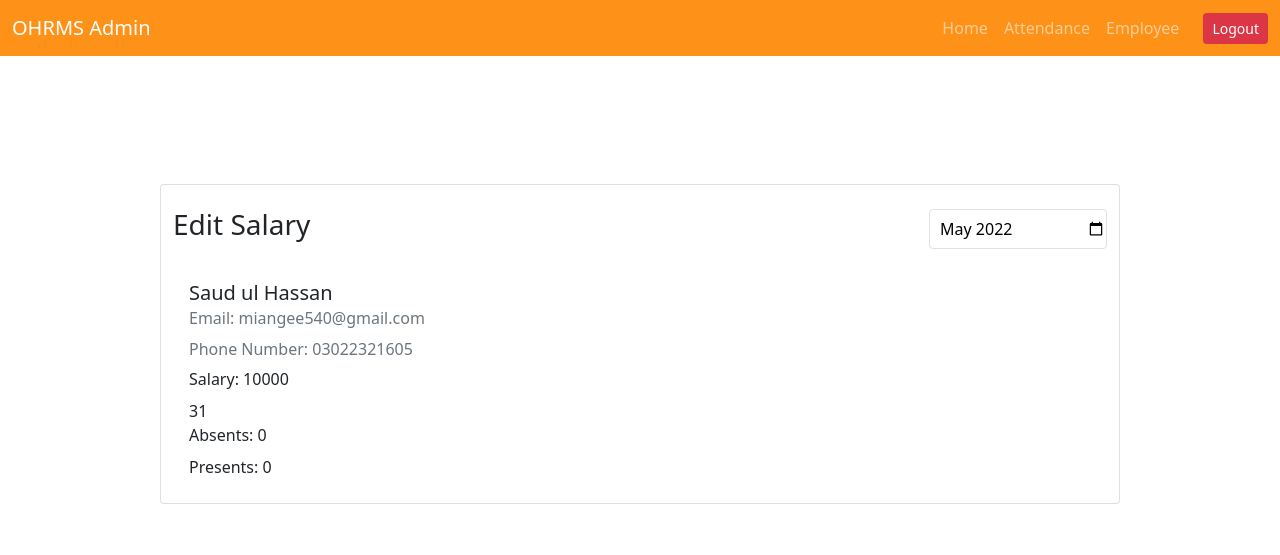
Repository: SaudCh/PHP-OHRMS
Page: http://localhost/admin/edit-salary?id=49
The author's editor kept a copy of each file at every save. The page is drawn from the files as they stood at one save, then again after the next save.
The browser window is 1280 px wide. The pictures show the whole page.
Some web libraries are served in a nearby version. The page is run by PHP 8.4 with error messages shown; the project is at /var/www/html/. The session is filled in as if someone had signed in: {"admin": "admin@ohrm.com"}. The database holds what the project's SQL file puts in it. Queries for data that is not in the repository find no rows.

Above is the page before, as saved 2022-06-06 00:03:07.

After the next save:
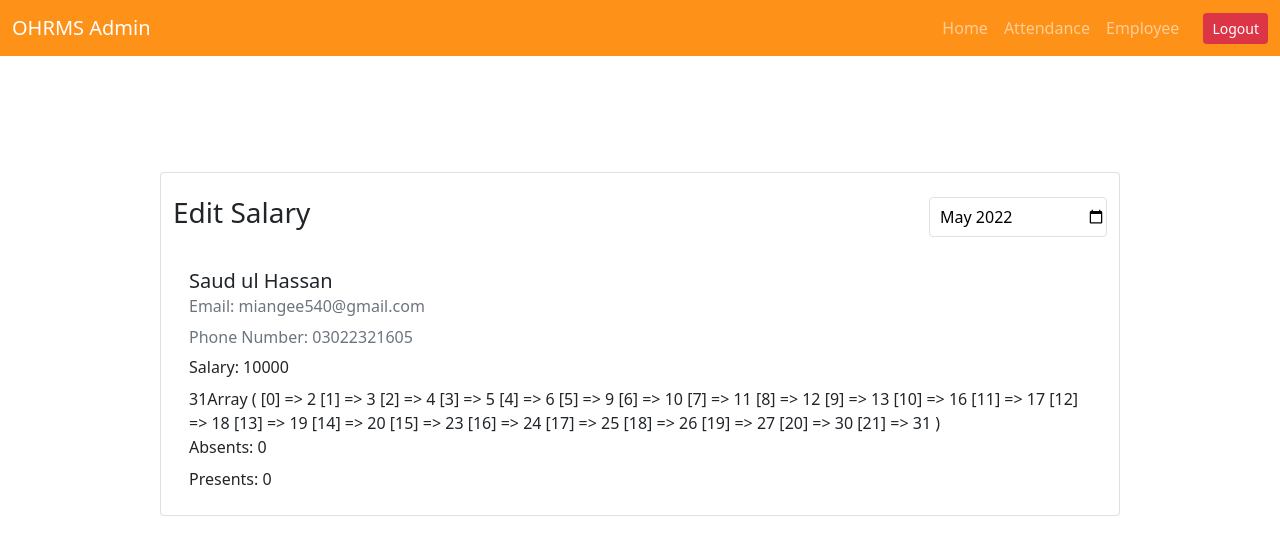
Saved 6 s later.
--- a/admin/edit-salary.php
+++ b/admin/edit-salary.php
@@ -71,6 +71,8 @@
                             }
                         }
 
+                        print_r($workdays);
+
 
                         $id = $_GET['id'];
                         $sql = "select * from attendance where empId = '$id' and date like '$date%'";

After the save that followed:
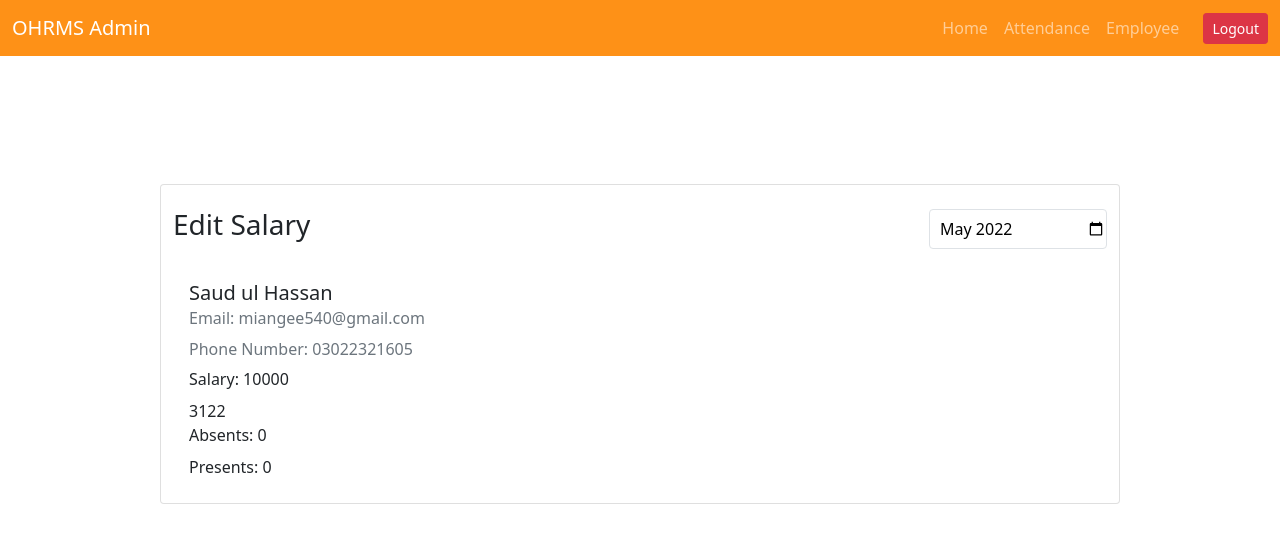
Saved 47 s later.
--- a/admin/edit-salary.php
+++ b/admin/edit-salary.php
@@ -59,6 +59,7 @@
                         $day_count = cal_days_in_month($type, (int)$month, $year);
 
                         echo $day_count;
+                        $workdays = 0;
                         for ($i = 1; $i <= $day_count; $i++) {
 
                             $date = $year . '/' . $month . '/' . $i; //format date
@@ -67,11 +68,11 @@
 
                             //if not a weekend add day to array
                             if ($day_name != 'Sun' && $day_name != 'Sat') {
-                                $workdays[] = $i;
+                                $workdays++;
                             }
                         }
 
-                        print_r($workdays);
+                        echo $workdays;
 
 
                         $id = $_GET['id'];
